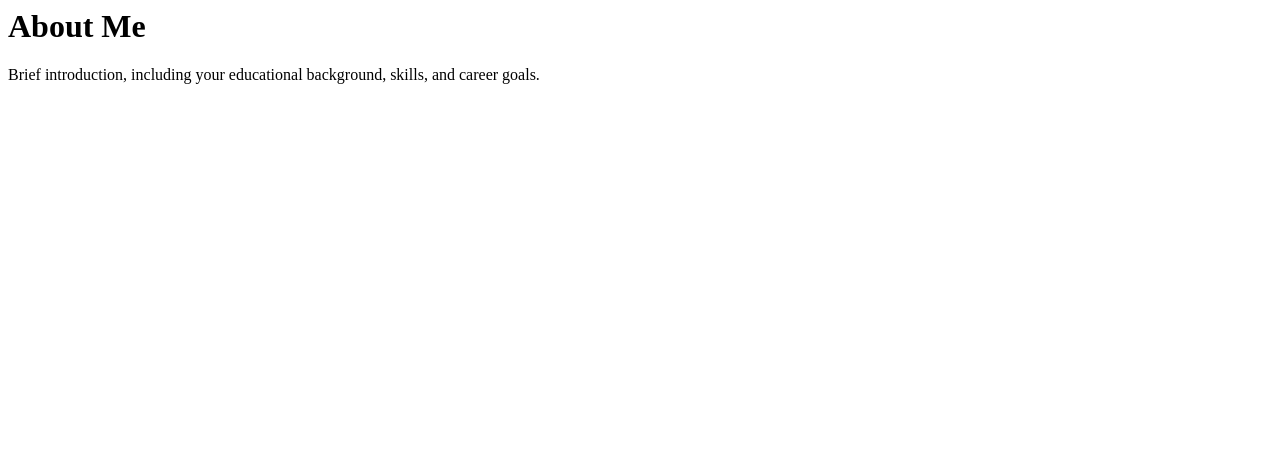
Repository: DarrelN15/DarrelN15.github.io
Page: about.html
The author's editor kept a copy of each file at every save. The page is drawn from the files as they stood at one save, then again after the next save.
The browser window is 1280 px wide. The pictures show the whole page.

Above is the page before, as saved 2025-01-28 17:05:45.

After the next save:
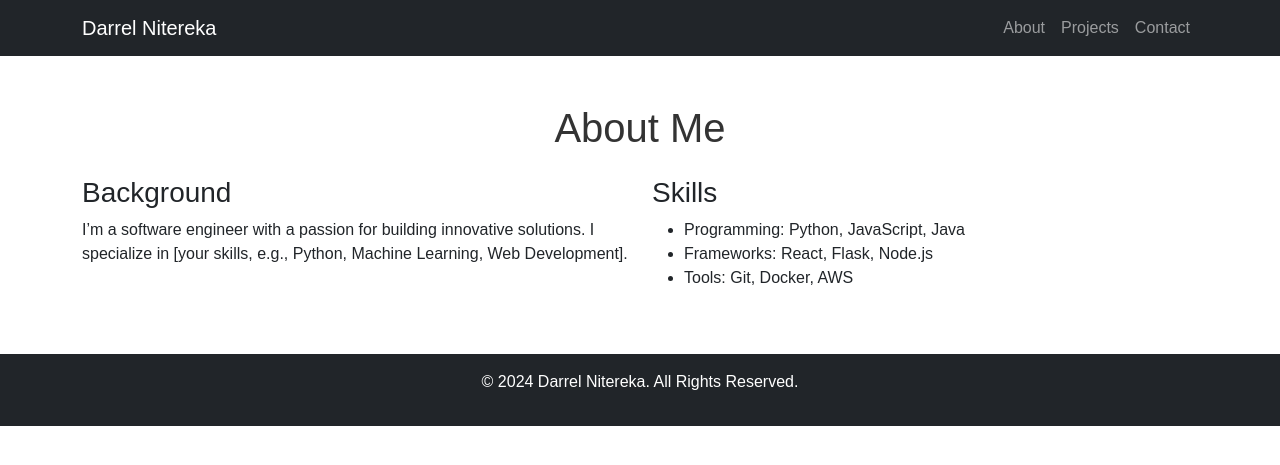
Saved 45 s later.
--- a/about.html
+++ b/about.html
@@ -1,2 +1,55 @@
-<h1>About Me</h1>
-<p>Brief introduction, including your educational background, skills, and career goals.</p>
+<!DOCTYPE html>
+<html lang="en">
+<head>
+  <meta charset="UTF-8">
+  <meta name="viewport" content="width=device-width, initial-scale=1.0">
+  <title>About Me - Darrel Nitereka</title>
+  <link href="https://cdn.jsdelivr.net/npm/bootstrap@5.3.0/dist/css/bootstrap.min.css" rel="stylesheet">
+  <link rel="stylesheet" href="css/styles.css">
+</head>
+<body>
+  <nav class="navbar navbar-expand-lg navbar-dark bg-dark">
+    <div class="container">
+      <a class="navbar-brand" href="index.html">Darrel Nitereka</a>
+      <button class="navbar-toggler" type="button" data-bs-toggle="collapse" data-bs-target="#navbarNav">
+        <span class="navbar-toggler-icon"></span>
+      </button>
+      <div class="collapse navbar-collapse" id="navbarNav">
+        <ul class="navbar-nav ms-auto">
+          <li class="nav-item"><a class="nav-link" href="about.html">About</a></li>
+          <li class="nav-item"><a class="nav-link" href="projects.html">Projects</a></li>
+          <li class="nav-item"><a class="nav-link" href="contact.html">Contact</a></li>
+        </ul>
+      </div>
+    </div>
+  </nav>
+
+  <section class="py-5">
+    <div class="container">
+      <h1 class="text-center">About Me</h1>
+      <div class="row mt-4">
+        <div class="col-md-6">
+          <h3>Background</h3>
+          <p>I’m a software engineer with a passion for building innovative solutions. I specialize in [your skills, e.g., Python, Machine Learning, Web Development].</p>
+        </div>
+        <div class="col-md-6">
+          <h3>Skills</h3>
+          <ul>
+            <li>Programming: Python, JavaScript, Java</li>
+            <li>Frameworks: React, Flask, Node.js</li>
+            <li>Tools: Git, Docker, AWS</li>
+          </ul>
+        </div>
+      </div>
+    </div>
+  </section>
+
+  <footer class="bg-dark text-white text-center py-3">
+    <div class="container">
+      <p>&copy; 2024 Darrel Nitereka. All Rights Reserved.</p>
+    </div>
+  </footer>
+
+  <script src="https://cdn.jsdelivr.net/npm/bootstrap@5.3.0/dist/js/bootstrap.bundle.min.js"></script>
+</body>
+</html>
